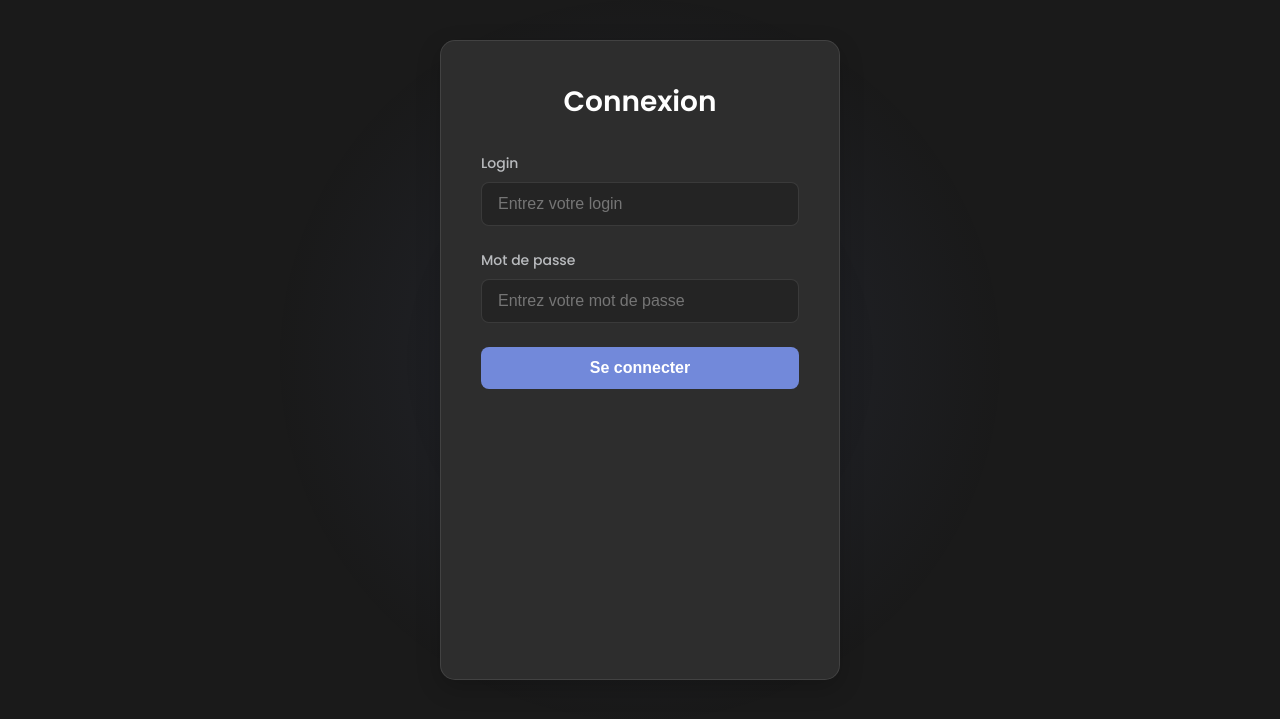
Repository: mbathio/jee
Page: http://localhost/test1/connexion
An editor plug-in stored every save of this project. The page is shown before and after the next save, followed by the edit.
The browser window is 1280 px wide. The pictures show the whole page.
The page is served by Tomcat 10.

Above is the page before, as saved 2025-04-11 21:19:20.

After the next save:
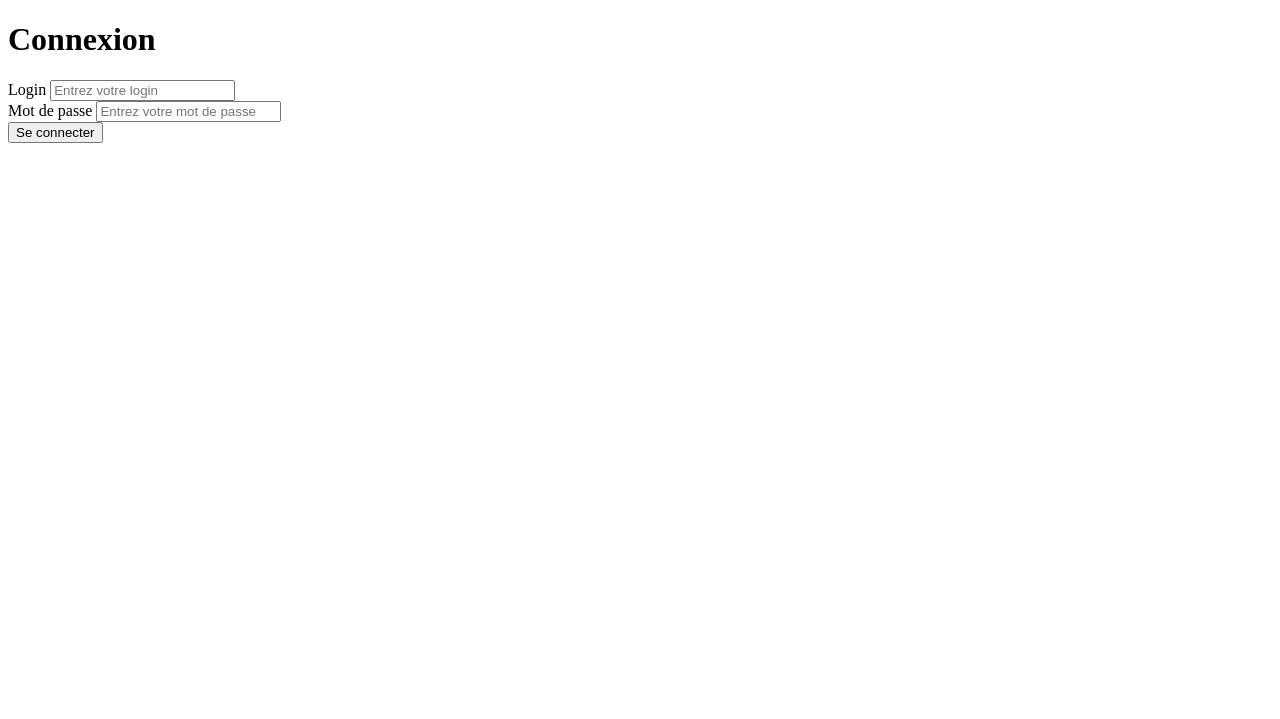
Saved 2 days later.
--- a/test1/src/main/webapp/WEB-INF/connexion.jsp
+++ b/test1/src/main/webapp/WEB-INF/connexion.jsp
@@ -5,8 +5,8 @@
     <meta charset="UTF-8">
     <meta name="viewport" content="width=device-width, initial-scale=1.0">
     <title>Connexion</title>
-    <link href="https://fonts.googleapis.com/css2?family=Poppins:wght@300;400;600&display=swap" rel="stylesheet">
-    <link rel="stylesheet" type="text/css" href="${pageContext.request.contextPath}/css/style.css">
+
+   	<link rel=" /test1/src/main/webapp/css/style.css">
 </head>
 <body>
     <div class="login-container">

After the save that followed:
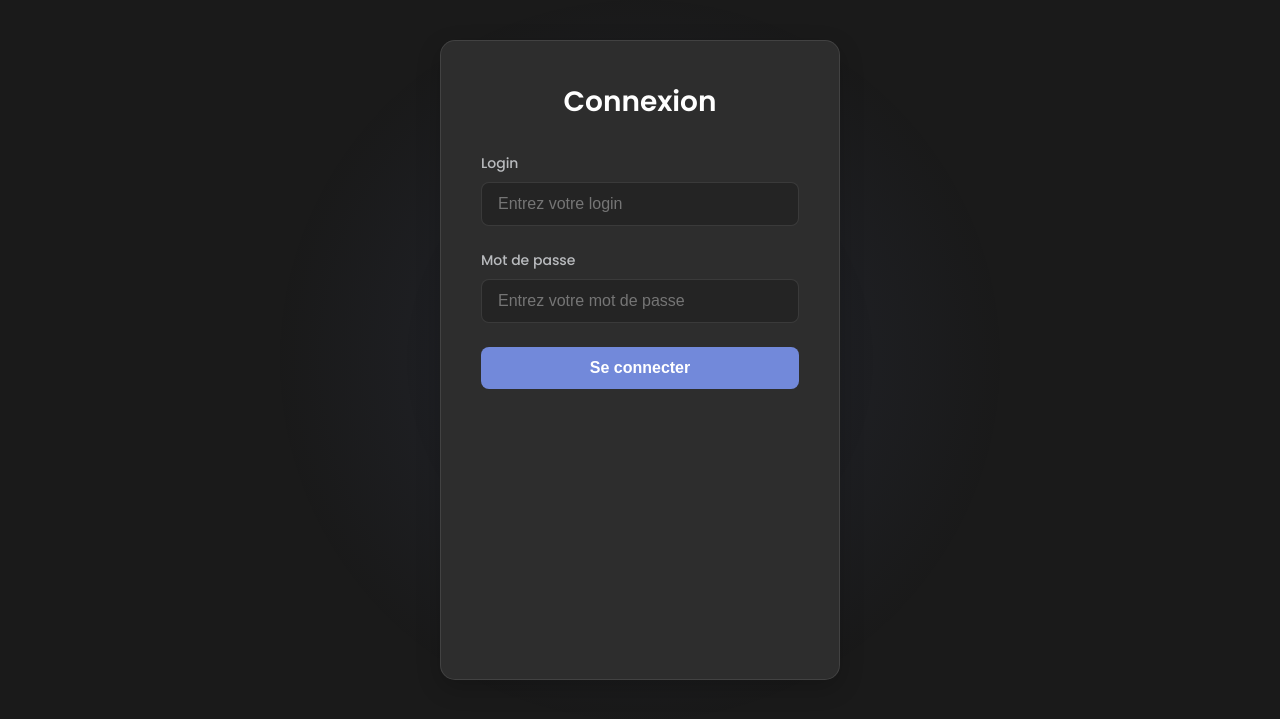
Saved 92 s later.
--- a/test1/src/main/webapp/WEB-INF/connexion.jsp
+++ b/test1/src/main/webapp/WEB-INF/connexion.jsp
@@ -5,8 +5,8 @@
     <meta charset="UTF-8">
     <meta name="viewport" content="width=device-width, initial-scale=1.0">
     <title>Connexion</title>
-
-   	<link rel=" /test1/src/main/webapp/css/style.css">
+    <link href="https://fonts.googleapis.com/css2?family=Poppins:wght@300;400;600&display=swap" rel="stylesheet">
+    <link rel="stylesheet" href="css/style.css">
 </head>
 <body>
     <div class="login-container">
